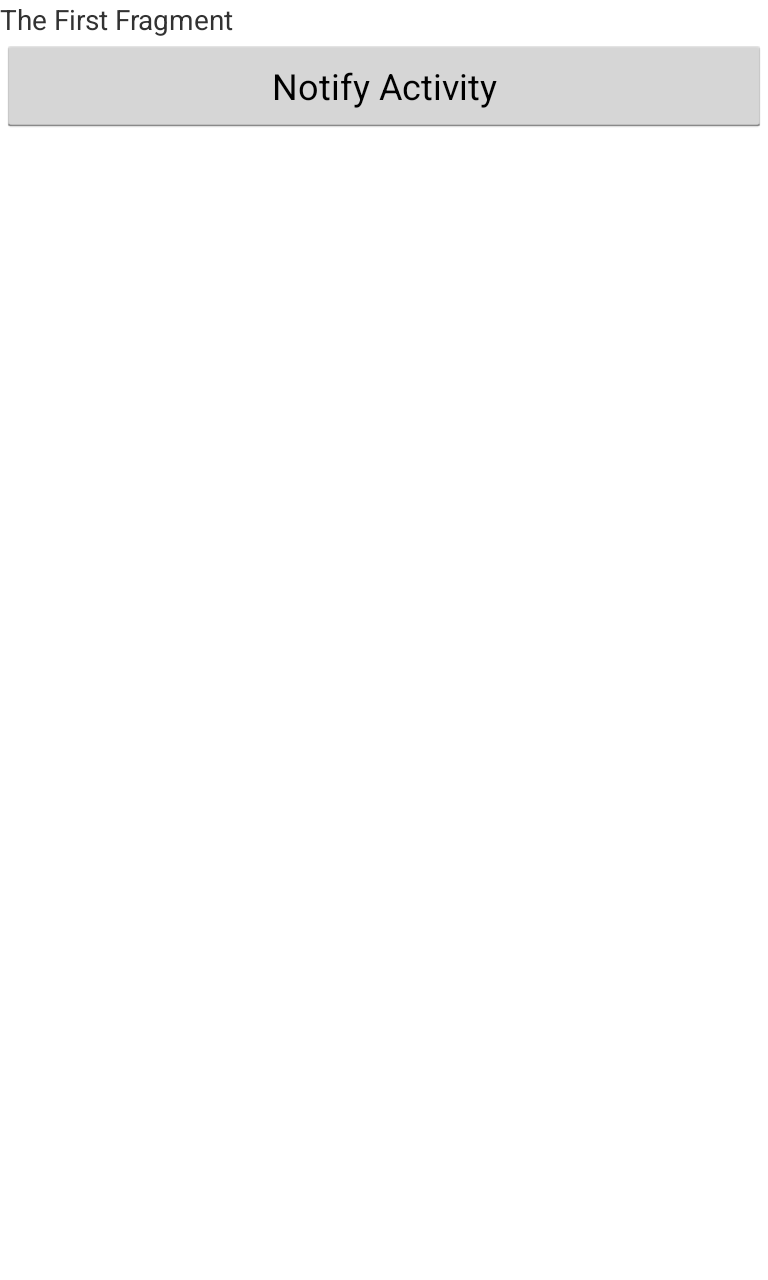
Repository: Liu-D-Henrry/Android
Layout: DemoFragment/res/layout/first_fragment.xml
The author's editor kept a copy of each file at every save. The layout is drawn from the files as they stood at one save, then again after the next save.
It is drawn on a 768 x 1280 px phone screen (xhdpi) without system bars, with theme AppTheme; the app's code is not run.

Above is the layout before, as saved 2013-08-30 03:36:44.

After the next save:
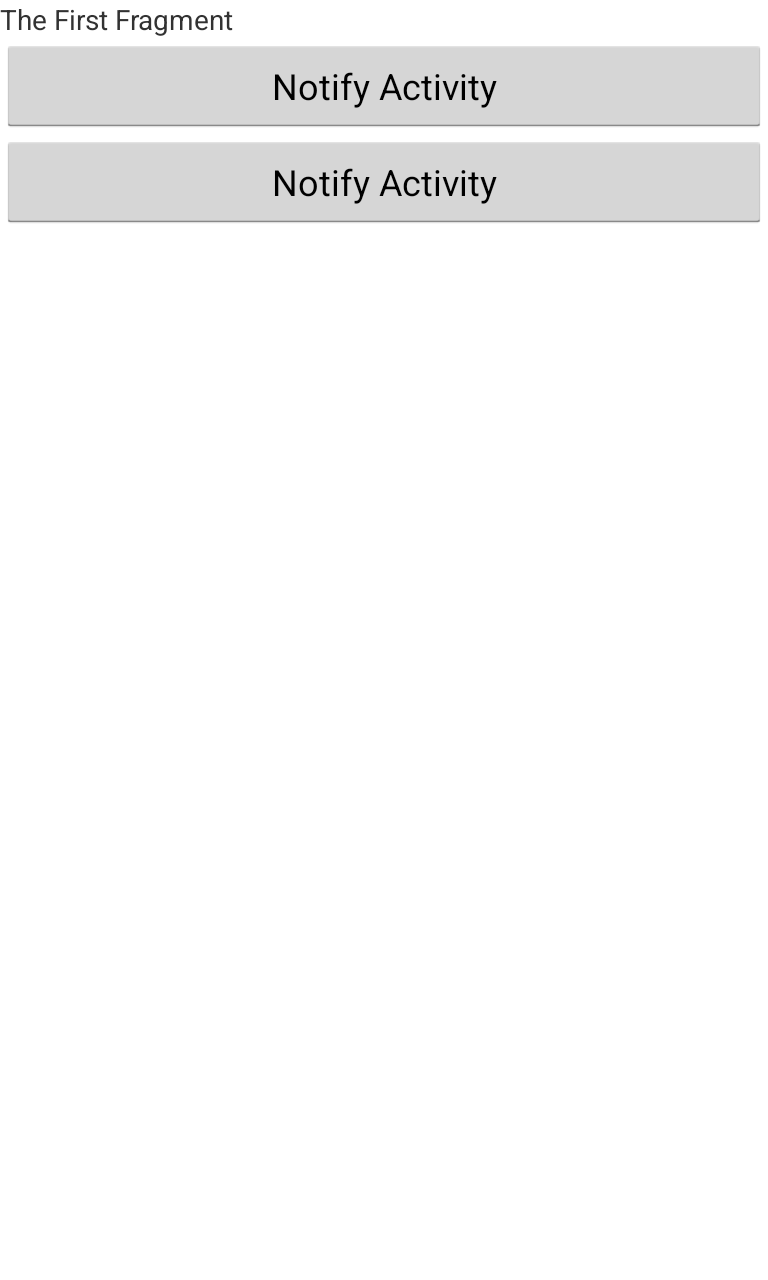
Saved 2 min 19 s later.
--- a/DemoFragment/res/layout/first_fragment.xml
+++ b/DemoFragment/res/layout/first_fragment.xml
@@ -10,7 +10,13 @@
         android:text="@string/textFirstFragment" />
 
     <Button
-        android:id="@+id/ffButton"
+        android:id="@+id/ffButton1"
+        android:layout_width="match_parent"
+        android:layout_height="wrap_content"
+        android:text="@string/textFFButton" />
+
+    <Button
+        android:id="@+id/ffButton2"
         android:layout_width="match_parent"
         android:layout_height="wrap_content"
         android:text="@string/textFFButton" />
